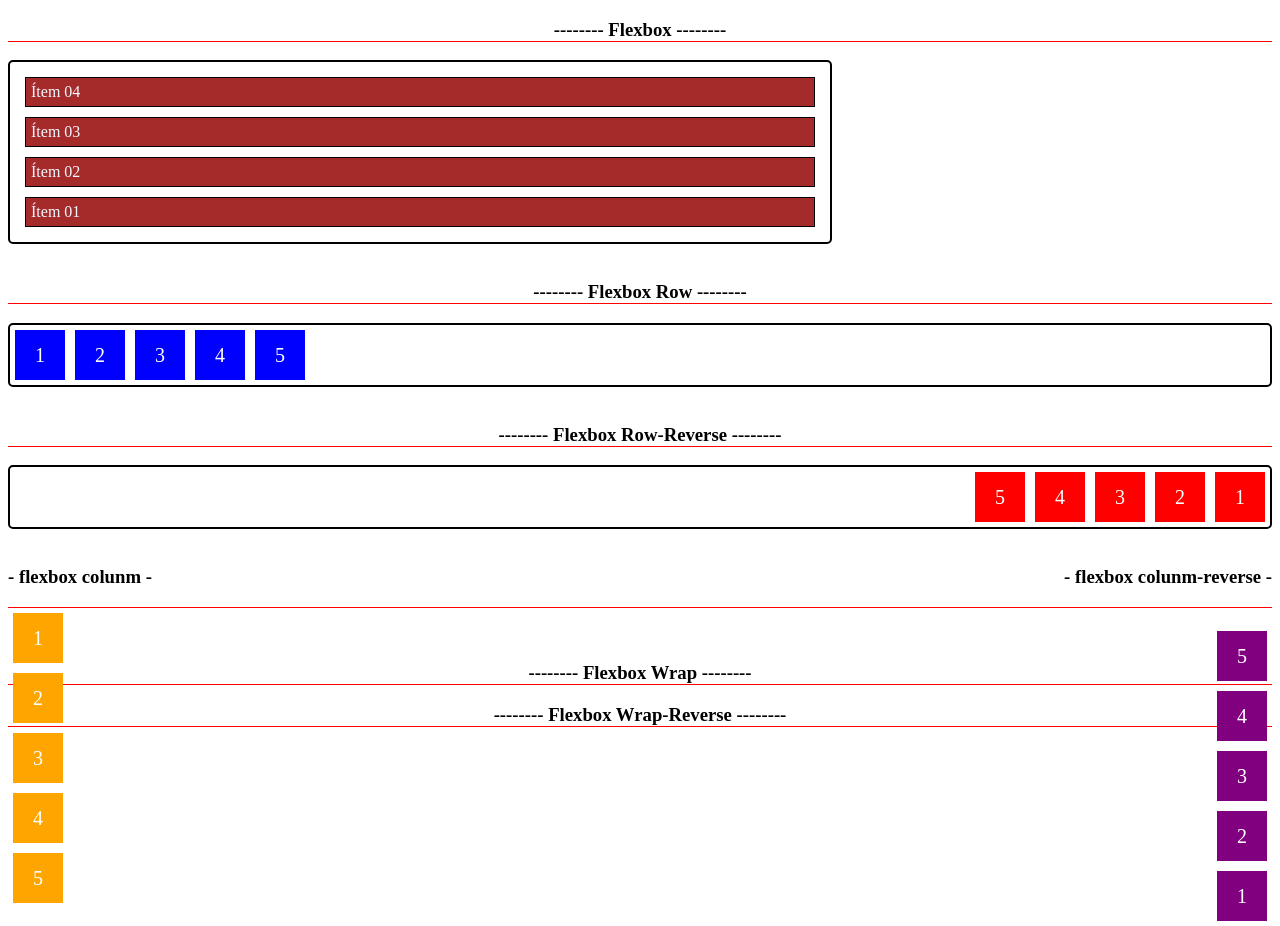
Repository: ozielms/flexbox
Page: outros/flexbox-master/index.html
An editor plug-in stored every save of this project. The page is shown before and after the next save, followed by the edit.
The browser window is 1280 px wide. The pictures show the whole page.

Above is the page before, as saved 2022-04-26 00:20:54.

### outros/flexbox-master/index.html
<!DOCTYPE html>
<html lang="en">

<head>
    <meta charset="UTF-8">
    <meta http-equiv="X-UA-Compatible" content="IE=edge">
    <meta name="viewport" content="width=device-width, initial-scale=1.0">
    <title>Flexbox</title>

    <link rel="stylesheet" href="css/estilo.css">
</head>

<body>

    <h3 class="titulo">-------- flexbox --------</h3>
    <div class="pai">
        <div class="filho filho1">Ítem 01</div>
        <div class="filho filho2">Ítem 02</div>
        <div class="filho filho3">Ítem 03</div>
        <div class="filho filho4">Ítem 04</div>
    </div>

    <br>

    <h3 class="titulo">-------- flexbox row --------</h3>
    <ul class="flex-container row">
        <li class="flex-item">1</li>
        <li class="flex-item">2</li>
        <li class="flex-item">3</li>
        <li class="flex-item">4</li>
        <li class="flex-item">5</li>
    </ul>

    <br>

    <h3 class="titulo">-------- flexbox row-reverse --------</h3>
    <ul class="flex-container row-reverse">
        <li class="flex-item">1</li>
        <li class="flex-item">2</li>
        <li class="flex-item">3</li>
        <li class="flex-item">4</li>
        <li class="flex-item">5</li>
    </ul>

    <br>

    <div class="titulo-flex">
        <div>
            <h3>- flexbox colunm -</h3>
        </div>
        <div class="titulo-colunm-reverse">
            <h3>- flexbox colunm-reverse -</h3>
        </div>
    </div>

    <ul class="flex-container colunm">
        <li class="flex-item">1</li>
        <li class="flex-item">2</li>
        <li class="flex-item">3</li>
        <li class="flex-item">4</li>
        <li class="flex-item">5</li>
    </ul>

    <br>

    <ul class="flex-container colunm-reverse" style="both: clear;">
        <li class="flex-item">1</li>
        <li class="flex-item">2</li>
        <li class="flex-item">3</li>
        <li class="flex-item">4</li>
        <li class="flex-item">5</li>
    </ul>

    <br>

    <h3 class="titulo">-------- flexbox wrap --------</h3>


    <h3 class="titulo">-------- flexbox wrap-reverse --------</h3>


</body>

</html>

### outros/flexbox-master/css/estilo.css
.titulo {
    text-align: center;
    text-transform: capitalize;
    border-bottom: 1px solid red;
}

.titulo-flex {
    display: flex;
    border-bottom: 1px solid red;
}

.titulo-colunm-reverse {
    margin-left: auto;
}


/* -------- FLEXBOX -------- */

.pai {
    max-width: 800px;
    padding: 10px;
    border: 2px solid black;
    border-radius: 5px;
    /* FLEXBOX */
    display: flex;
    flex-direction: column-reverse;
}

.filho {
    background-color: brown;
    color: aliceblue;
    padding: 5px;
    border: 1px solid black;
    margin: 5px;
}


/* -------- FLEXBOX - FLEX CONTAINER -------- */

.flex-container {
    margin: 0;
    padding: 0;
    display: flex;
    list-style: none;
}

.flex-item {
    background: blue;
    height: 50px;
    width: 50px;
    line-height: 50px;
    font-size: 20px;
    color: white;
    text-align: center;
    margin: 5px;
}


/* -------- FLEXBOX - FLEX ROW -------- */

.row {
    border: 2px solid black;
    border-radius: 5px;
    flex-direction: row;
}

.row-reverse {
    border: 2px solid black;
    border-radius: 5px;
    flex-direction: row-reverse;
}

.row-reverse li {
    background-color: red;
}


/* -------- FLEXBOX - FLEX COLUNM -------- */

.colunm {
    float: left;
    flex-direction: column;
}

.colunm li {
    background-color: orange;
}

.colunm-reverse {
    float: right;
    flex-direction: column-reverse;
}

.colunm-reverse li {
    background-color: purple;
}


/* -------- FLEXBOX - FLEX WRAP -------- */

After the next save:
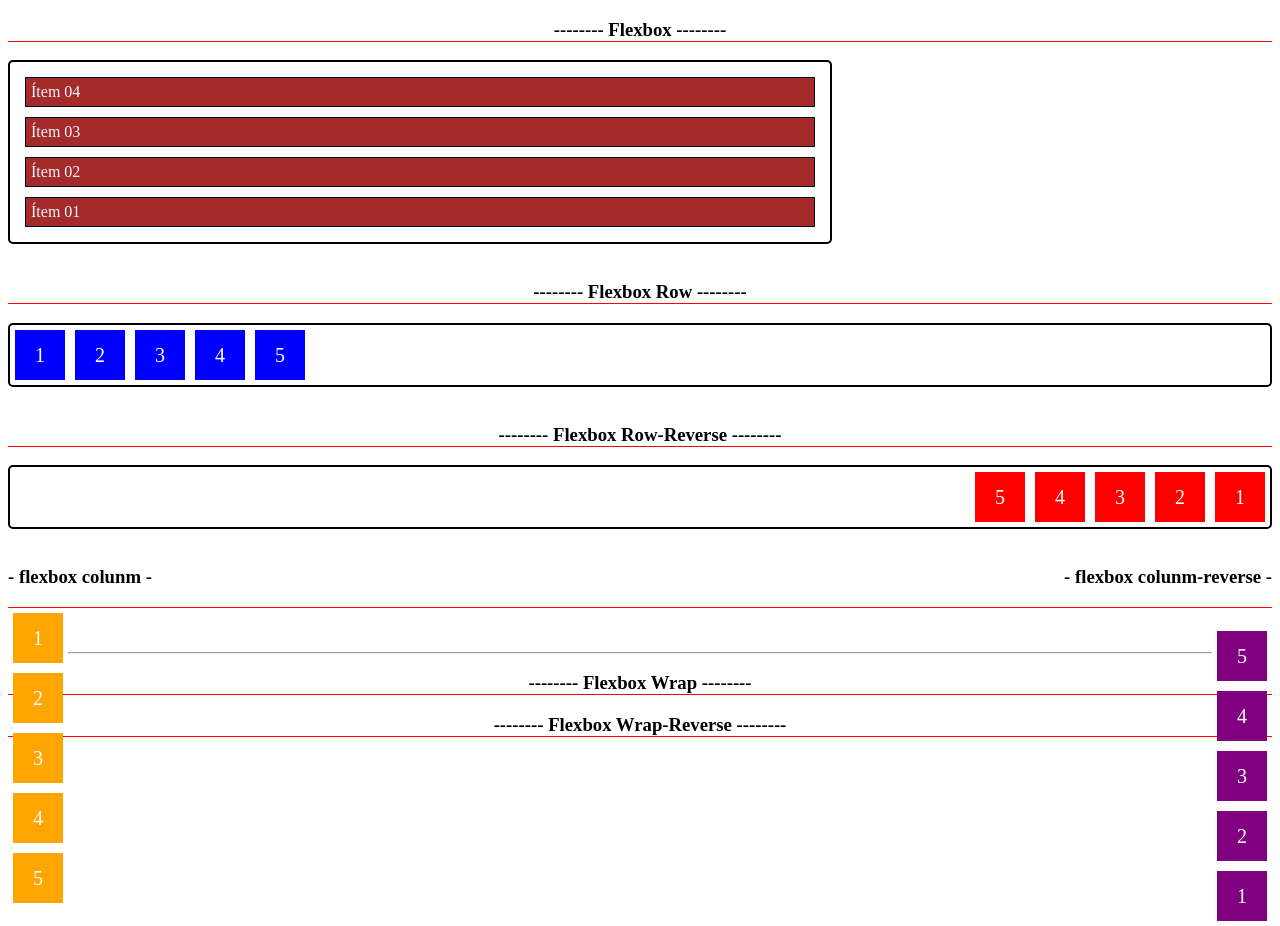
Saved 17 s later.
--- a/outros/flexbox-master/index.html
+++ b/outros/flexbox-master/index.html
@@ -63,7 +63,7 @@
 
     <br>
 
-    <ul class="flex-container colunm-reverse" style="both: clear;">
+    <ul class="flex-container colunm-reverse">
         <li class="flex-item">1</li>
         <li class="flex-item">2</li>
         <li class="flex-item">3</li>
@@ -72,7 +72,7 @@
     </ul>
 
     <br>
-
+    <hr>
     <h3 class="titulo">-------- flexbox wrap --------</h3>
 
 
